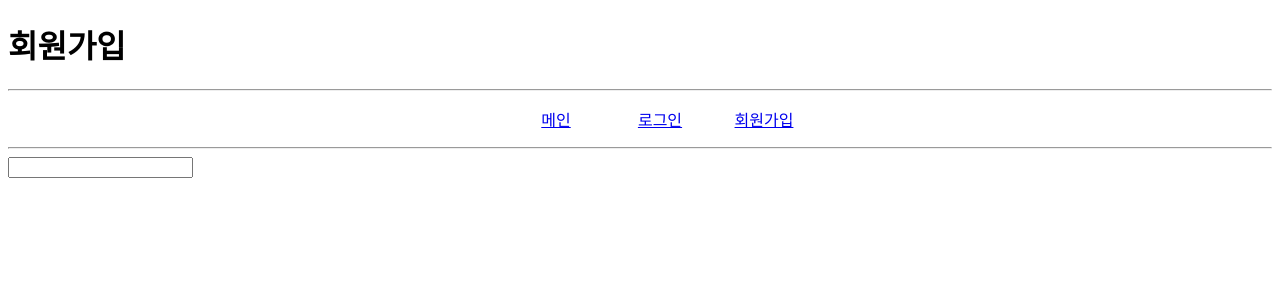
Repository: leesangbok/jsp-work
Page: http://localhost/cos/join.jsp
The author's editor kept a copy of each file at every save. The page is drawn from the files as they stood at one save, then again after the next save.
The browser window is 1280 px wide. The pictures show the whole page.
The page is served by Tomcat 9.

Above is the page before, as saved 2020-08-22 02:46:15.

After the next save:
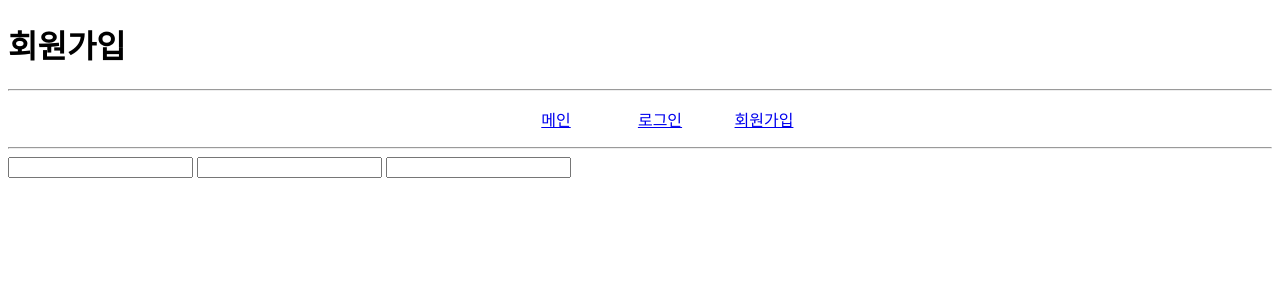
Saved 17 s later.
--- a/cos/WebContent/join.jsp
+++ b/cos/WebContent/join.jsp
@@ -22,6 +22,8 @@
 	<!-- form태그 :: 데이터를 전송하기 위한 박스 이다 -->
 	<form>
 		<input type="text" />
+		<input type="password" />
+		<input type="text" />
 	</form>
 </body>
 </html>
